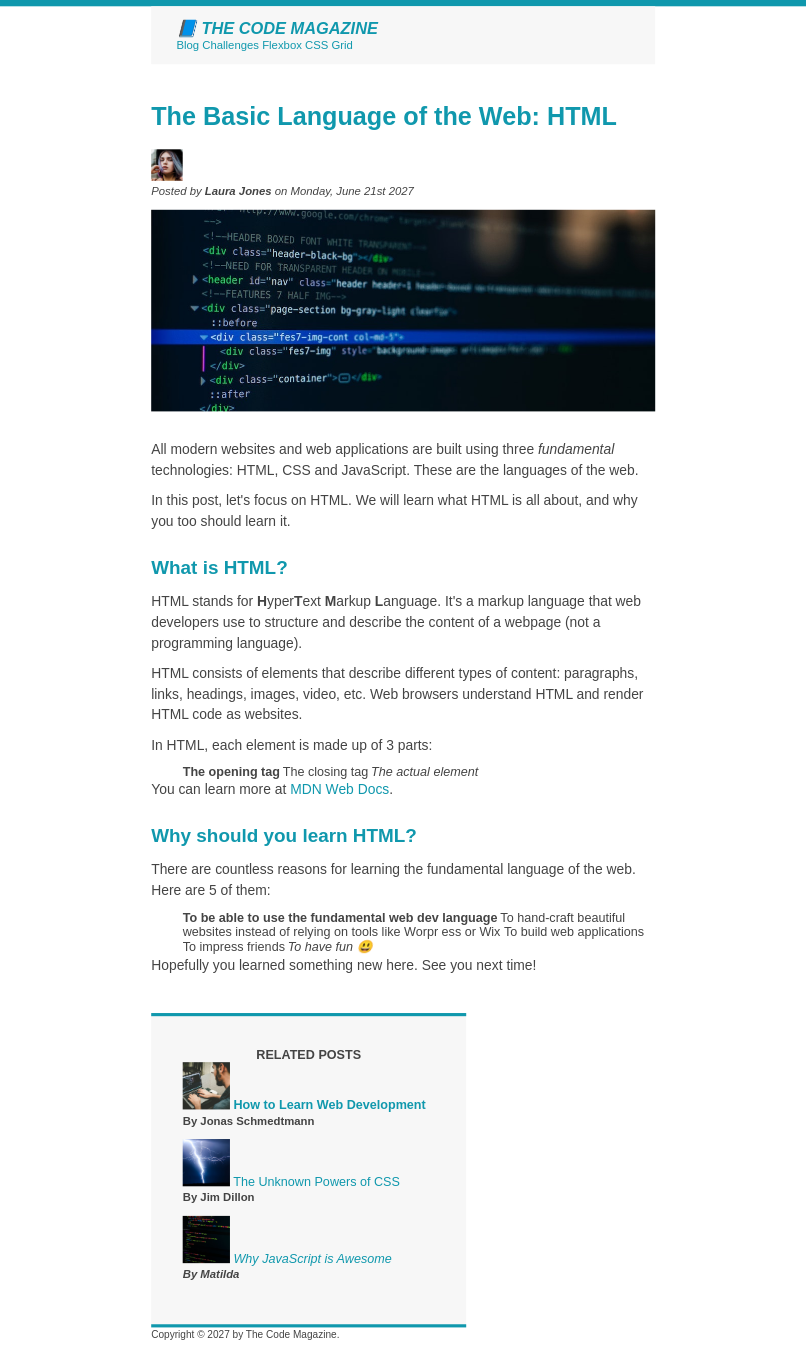
Repository: sunny070/CSS
Page: #1/index.html
These files come from the project's save history. The page is drawn as it stood at one moment and after the next save; the edit follows.
The browser window is 1280 px wide. The pictures show the whole page, at 63% of full size.

Above is the page before, as saved 2023-11-06 10:50:18.

### #1/index.html
<!DOCTYPE html>
<html lang="en">
  <head>
    <meta charset="UTF-8" />
    <title>The Basic Language of the Web: HTML</title>
    <link rel="stylesheet" href="style.css">
  </head>

  <body>
    <!--
    <h1>The Basic Language of the Web: HTML</h1>
    <h2>The Basic Language of the Web: HTML</h2>
    <h3>The Basic Language of the Web: HTML</h3>
    <h4>The Basic Language of the Web: HTML</h4>
    <h5>The Basic Language of the Web: HTML</h5>
    <h6>The Basic Language of the Web: HTML</h6>
    -->
<div class="container">
    <header class="main-header">
      <h1>📘 The Code Magazine</h1>

      <nav>
        <a href="blog.html">Blog</a>
        <a href="#">Challenges</a>
        <a href="#">Flexbox</a>
        <a href="#">CSS Grid</a>
      </nav>
    </header>

    <article>
      <!-- <p>Test</p> -->
      <header class="post-header">
        <h2>The Basic Language of the Web: HTML</h2>

        <img
          src="img/laura-jones.jpg"
          alt="Headshot of Laura Jones"
          height="50"
          width="50"

        />

        <p id="author">Posted by <strong>Laura Jones</strong> on Monday, June 21st 2027</p>

        <img
          src="img/post-img.jpg"
          alt="HTML code on a screen"
          width="500"
          height="200"
          class="post-img"
        />
      </header>

      <p>
        All modern websites and web applications are built using three
        <em>fundamental</em>
        technologies: HTML, CSS and JavaScript. These are the languages of the
        web.
      </p>

      <p>
        In this post, let's focus on HTML. We will learn what HTML is all about,
        and why you too should learn it.
      </p>

      <h3>What is HTML?</h3>
      <p>
        HTML stands for <strong>H</strong>yper<strong>T</strong>ext
        <strong>M</strong>arkup <strong>L</strong>anguage. It's a markup
        language that web developers use to structure and describe the content
        of a webpage (not a programming language).
      </p>
      <p>
        HTML consists of elements that describe different types of content:
        paragraphs, links, headings, images, video, etc. Web browsers understand
        HTML and render HTML code as websites.
      </p>
      <p>In HTML, each element is made up of 3 parts:</p>

      <ol>
        <li class="first-li">The opening tag</li>
        <li>The closing tag</li>
        <li>The actual element</li>
      </ol>

      <p>
        You can learn more at
        <a
          href="https://developer.mozilla.org/en-US/docs/Web/HTML"
          target="_blank"
          >MDN Web Docs</a
        >.
      </p>

      <h3>Why should you learn HTML?</h3>

      <p>
        There are countless reasons for learning the fundamental language of the
        web. Here are 5 of them:
      </p>

      <ul>
        <li class="first-li">To be able to use the fundamental web dev language</li>
        <li>
          To hand-craft beautiful websites instead of relying on tools like
          Worpr ess or Wix
        </li>
        <li>To build web applications</li>
        <li>To impress friends</li>
        <li>To have fun 😃</li>
      </ul>

      <p>Hopefully you learned something new here. See you next time!</p>
    </article>

    <aside>
      <h4>Related posts</h4>

      <ul class="related">
        <li>
          <img
            src="img/related-1.jpg"
            alt="Person programming"
            width="75"
            width="75"
          />
          <a href="#">How to Learn Web Development</a>
          <p class="related-author">By Jonas Schmedtmann</p>
        </li>
        <li>
          <img src="img/related-2.jpg" alt="Lightning" width="75" heigth="75" />
          <a href="#">The Unknown Powers of CSS</a>
          <p class="related-author">By Jim Dillon</p>
        </li>
        <li>
          <img
            src="img/related-3.jpg"
            alt="JavaScript code on a screen"
            width="75"
            height="75"
          />
          <a href="#">Why JavaScript is Awesome</a>
          <p class="related-author">By Matilda</p>
        </li>
      </ul>
    </aside>

    <footer> <p id="copyright" class="copyright text">Copyright &copy; 2027 by The Code Magazine.</p> </footer>
  </div>
  </body>
</html>

### #1/style.css
*{
    margin:0;
    padding:0;
    box-sizing: border-box;

}
/* PAGE SECTION */
body{
    /* color:red; */
    color:#444;
    font-family: sans-serif;
    border-top:10px solid #1098ad;

}
.container{
    width: 800px;
    /* margin-left: auto;
    margin-right: auto; */
    margin:0 auto;
}
.main-header{
    background-color:#f7f7f7 ;
    /* padding: 20px;
    padding-left: 40px;
    padding-right:40px; */
    padding:20px 40px;
    margin-bottom:60px;
    /* height:80px; */
}
nav {
    font-size: 18px;
    }

article{
    margin-bottom:60px;
}



.post-header{
    margin-bottom:40px;
}
aside{
    background-color:#f7f7f7;
    border-top: 5px solid #1098ad;
    border-bottom: 5px solid #1098ad;
    /* padding-top:50px;
    padding-bottom:50px; */
    padding: 50px 0;
    width:500px;

}
/* SMALLER ELEMENTS */
h1,h2,h3{
    color:#1098ad;
}

h1{

    font-size: 26px;

    text-transform: uppercase;
    font-style: italic;

}
h2{
    font-size: 40px;
    margin-bottom:30px;


}
h3{
    font-size: 30px;
    margin-bottom:20px;
    margin-top:40px;

}
h4{
    font-size:20px;
    font-family:sans-serif;
    text-transform: uppercase;
    text-align: center;
}
p{
    font-size: 22px;
    /* display:inline ; */
    line-height: 1.5;
    margin-bottom:15px;
}

ul,ol{
    margin-left:50px;
}
li{
    display:inline ;
    font-size: 20px;
    margin-bottom:10px ;
}
li:last-child{
    margin-bottom: 0;
}
/* footer p{
    font-size:16px ;
} */

/* article header p{
    font-style: italic;
} */

#author{
    font-style: italic;
    font-size: 18px;
}
#copyright{
    font-size :16px;
}

.related-author{
    font-size:18px;
    font-weight:bold;
}
/* ul{
  list-style: none;
} */

.related{
    list-style: none;
}


/* .first-li{
    font-weight: bold;
} */
li:first-child{
    font-weight: bold;
}

li:last-child{
    font-style: italic;
}
li:nth-child(even){
    /* color:red; */
}

/* Misconception this won't work */
article p:first-child{
    color:red;
}

/* Style Links */
a:link{
    color:#1098ad;
    text-decoration: none;
}
a:visited{
    /* color:#777;
     */
     color: #1098ad;
}
a:hover{
    cursor: pointer;
    color:orange;
    font-weight: bold;
    text-decoration: underline orangered;
}
a:active{
    background-color:black;
    font-style: italic;
}
/* LVHA */

.post-img{
    width:100%;
    height: auto;
}
nav a:link{
    /* background-color: orangered;
    margin: 20px;
    padding: 20px;
    display: block; */
}

/* resolving conflicts */
/* #copyright{
    color:red;
}
.copyright{
    color:blue;
}
.text{
    color:yellow;
}

footer p{
    color: #000;
} */

After the next save:
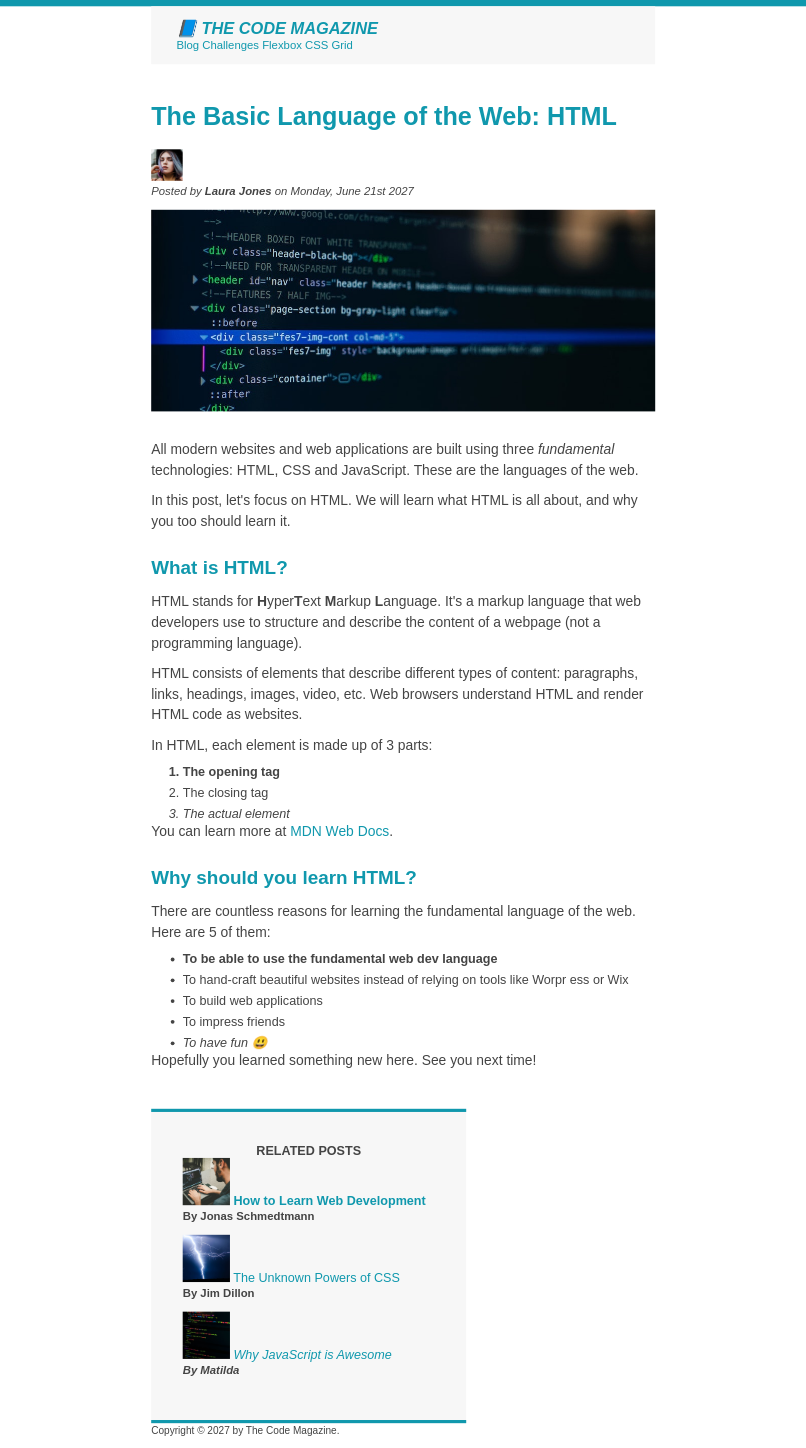
Saved 7 s later.
--- a/#1/style.css
+++ b/#1/style.css
@@ -92,7 +92,7 @@ ul,ol{
     margin-left:50px;
 }
 li{
-    display:inline ;
+    /* display:inline ; */
     font-size: 20px;
     margin-bottom:10px ;
 }
